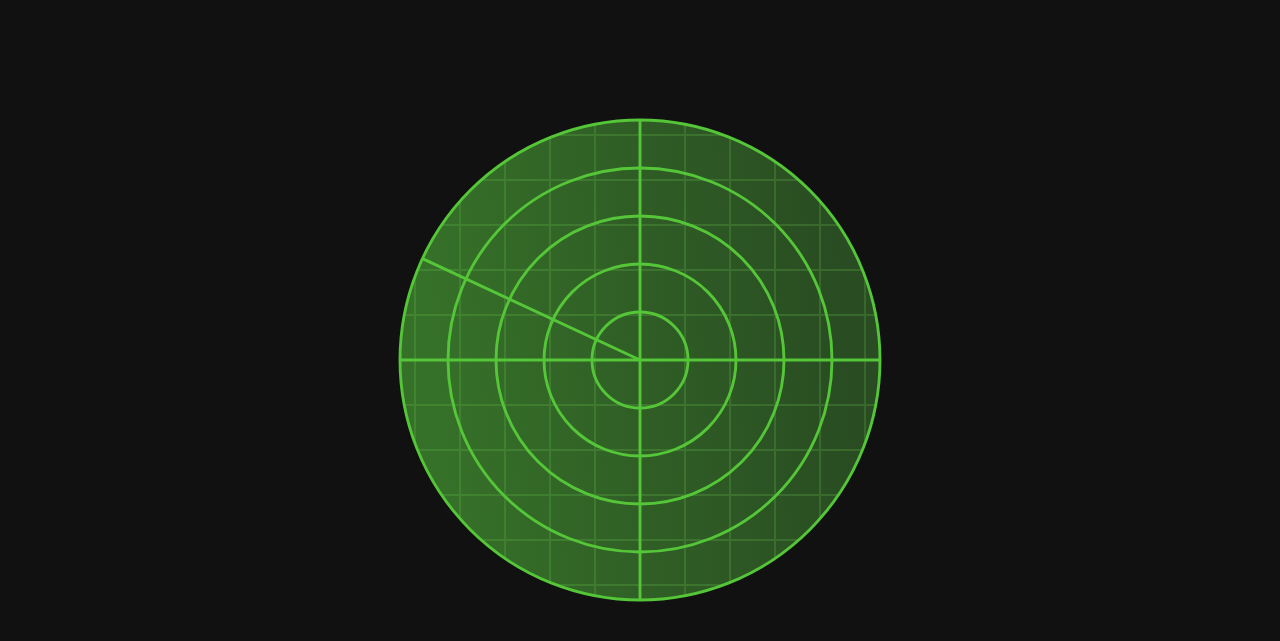
Repository: pedro-mancano/ProjetoCDM204
Page: scripts/radar.html
The author's editor kept a copy of each file at every save. The page is drawn from the files as they stood at one save, then again after the next save.
The browser window is 1280 px wide. The pictures show the whole page.

Above is the page before, as saved 2024-11-27 16:39:27.

After the next save:
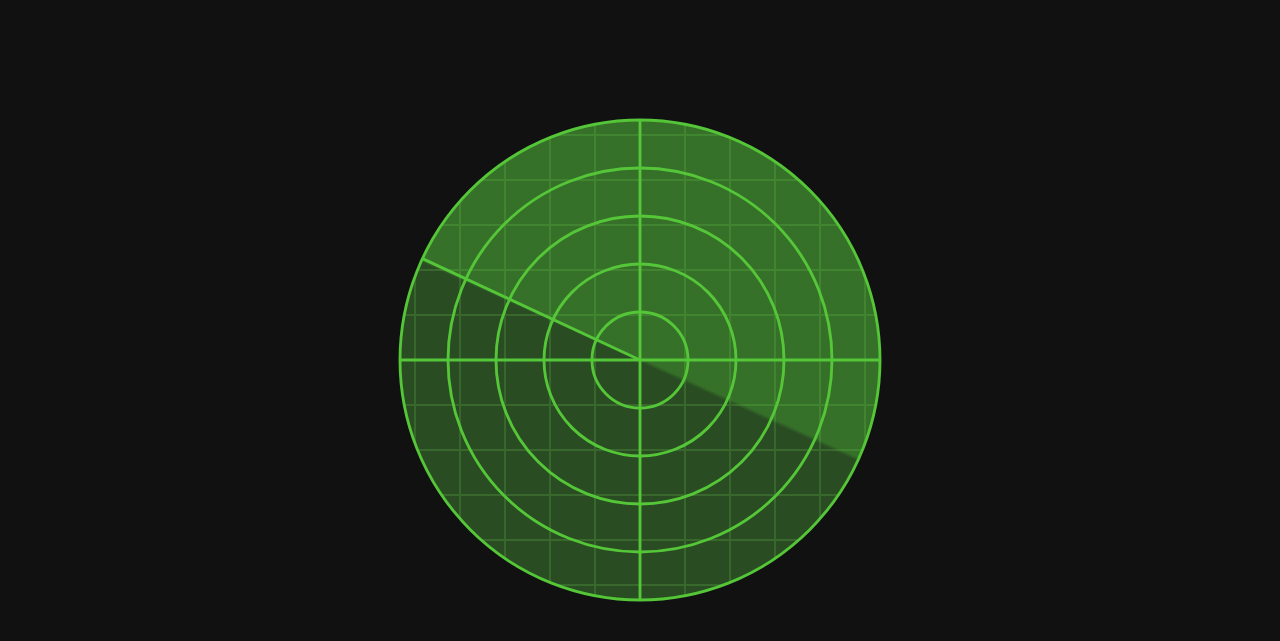
Saved 4 s later.
--- a/scripts/radar.js
+++ b/scripts/radar.js
@@ -81,8 +81,8 @@
   // Draw the radar arc sweep (15 deg) low opacity
   const startX = R + r * Math.cos(-angle * Math.PI / 180);
   const startY = R + r * Math.sin(-angle * Math.PI / 180);
-  const endX = R + r * Math.cos((-angle + 120) * Math.PI / 180);
-  const endY = R + r * Math.sin((-angle + 120) * Math.PI / 180);
+  const endX = R + r * Math.cos((-angle + 359) * Math.PI / 180);
+  const endY = R + r * Math.sin((-angle + 359) * Math.PI / 180);
 
   // Create a linear gradient
   const gradient = ctx.createLinearGradient(startX, startY, endX, endY);

After the save that followed:
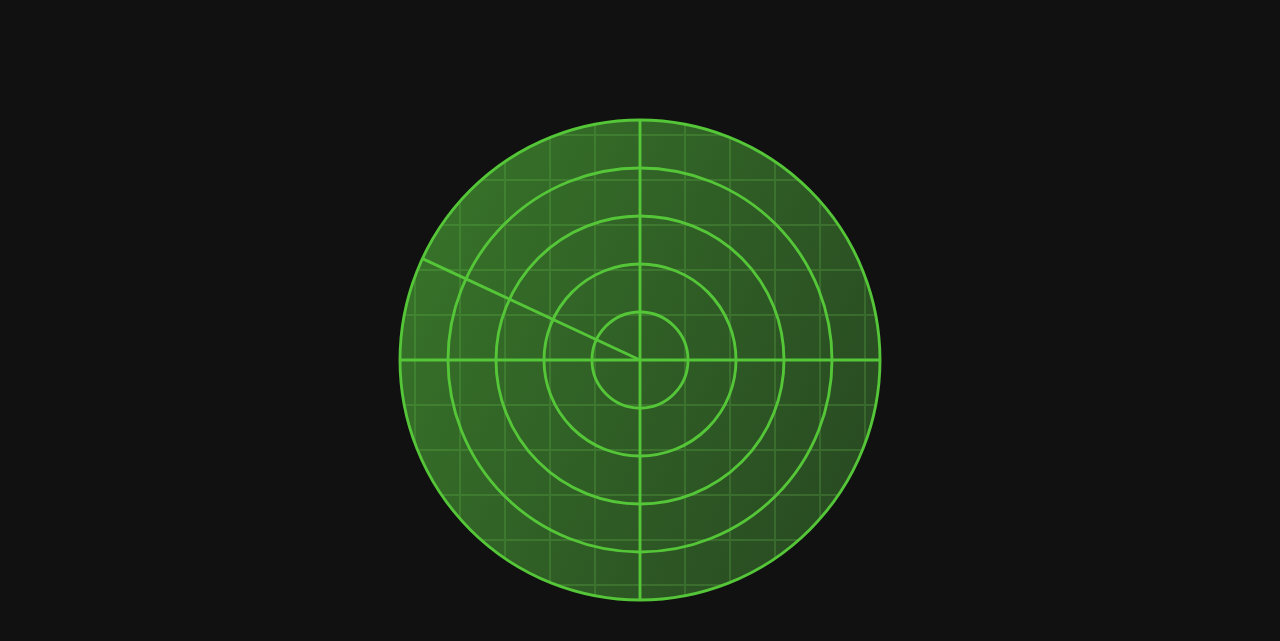
Saved 8 s later.
--- a/scripts/radar.js
+++ b/scripts/radar.js
@@ -81,8 +81,8 @@
   // Draw the radar arc sweep (15 deg) low opacity
   const startX = R + r * Math.cos(-angle * Math.PI / 180);
   const startY = R + r * Math.sin(-angle * Math.PI / 180);
-  const endX = R + r * Math.cos((-angle + 359) * Math.PI / 180);
-  const endY = R + r * Math.sin((-angle + 359) * Math.PI / 180);
+  const endX = R + r * Math.cos((-angle + 181) * Math.PI / 180);
+  const endY = R + r * Math.sin((-angle + 181) * Math.PI / 180);
 
   // Create a linear gradient
   const gradient = ctx.createLinearGradient(startX, startY, endX, endY);
